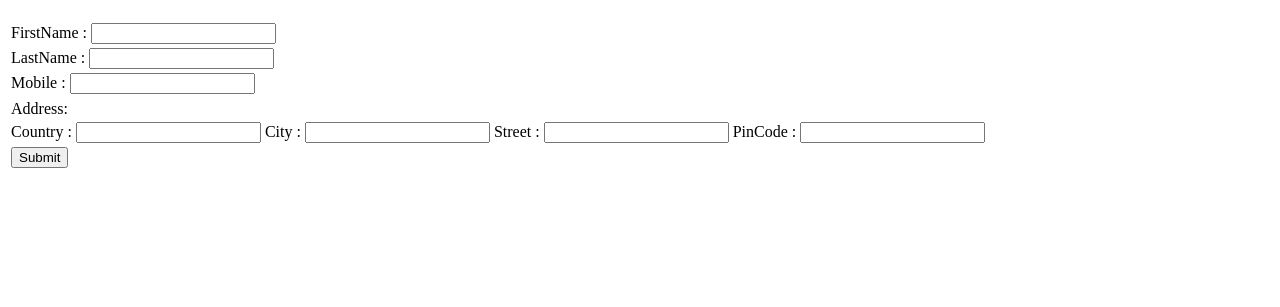
Repository: akashbadave7/SpringMVC
Page: http://localhost/SpringDemo/WEB-INF/jsp/form.jsp
An editor plug-in stored every save of this project. The page is shown before and after the next save, followed by the edit.
The browser window is 1280 px wide. The pictures show the whole page.
The page is served by Tomcat 9. Nobody is signed in. The template is opened directly, without the code that normally fills it, so the values that code supplies are empty.

Above is the page before, as saved 2017-11-04 07:43:02.

After the next save:
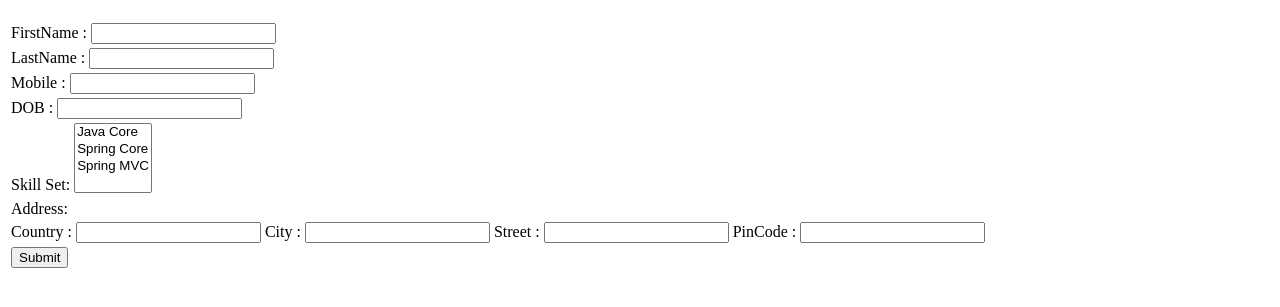
Saved 3 min 42 s later.
--- a/SpringDemo/src/main/webapp/WEB-INF/jsp/form.jsp
+++ b/SpringDemo/src/main/webapp/WEB-INF/jsp/form.jsp
@@ -20,7 +20,7 @@
 		<td>Mobile		: <input type="text" name="mobile"><br></td>
 	</tr>
 
-<!-- 	<tr>
+	<tr>
 		<td>DOB			: <input type="text" name="dob"><br></td>
 	</tr>
 	<tr>
@@ -29,7 +29,7 @@
 					<option value="Spring Core">Spring Core</option>
 					<option value="Spring MVC">Spring MVC</option>
 					</select></td>
-	</tr>	 -->
+	</tr>
 	</table>
 	<table>
 		<tr><td>Address: </td></tr>
